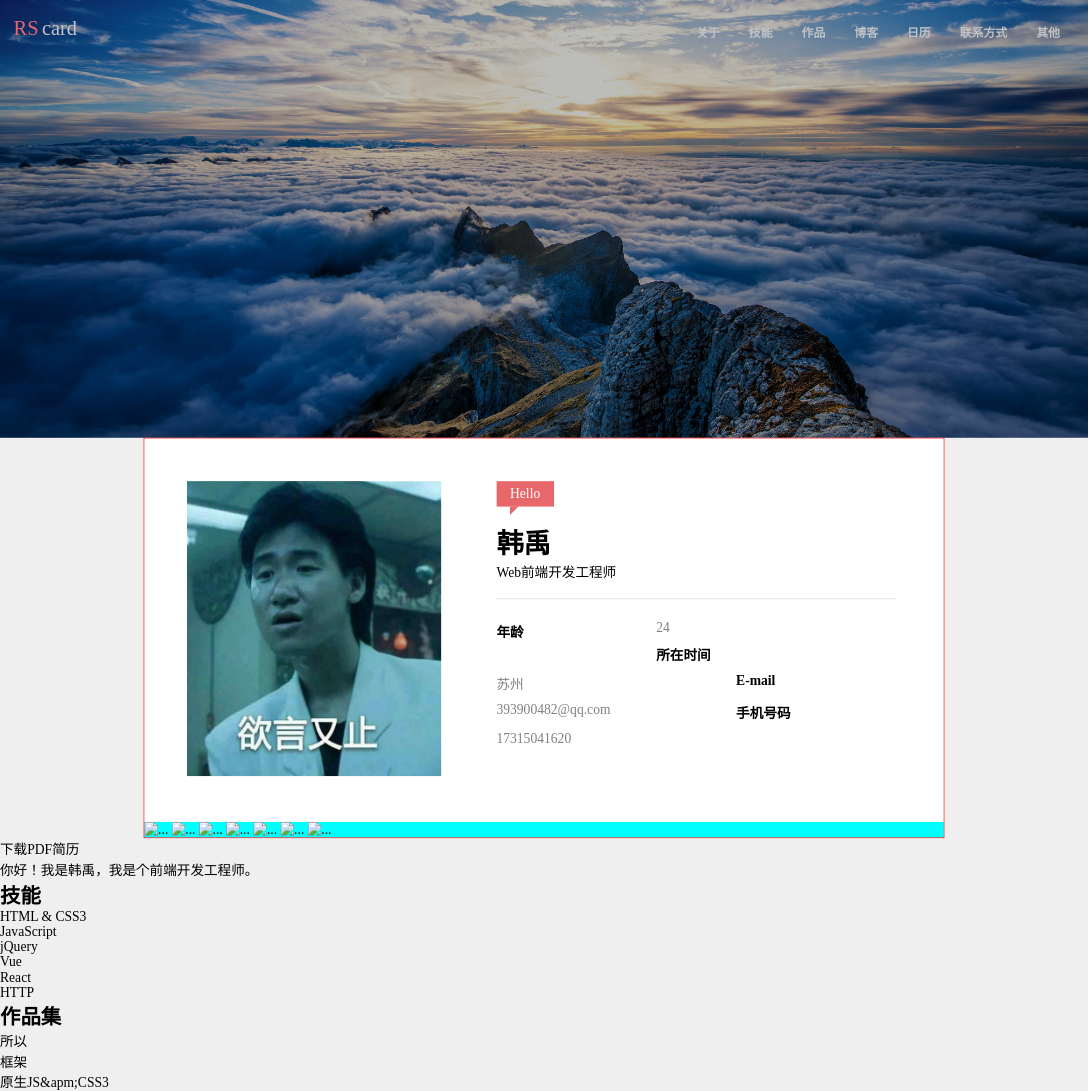
Repository: yorkHan/resume
Page: index.html
These files come from the project's save history. The page is drawn as it stood at one moment and after a run of saves; the edit follows.
The browser window is 1280 px wide. The pictures show the whole page, at 85% of full size.

Above is the page before, as saved 2018-04-09 23:45:20.

After the next 5 saves:
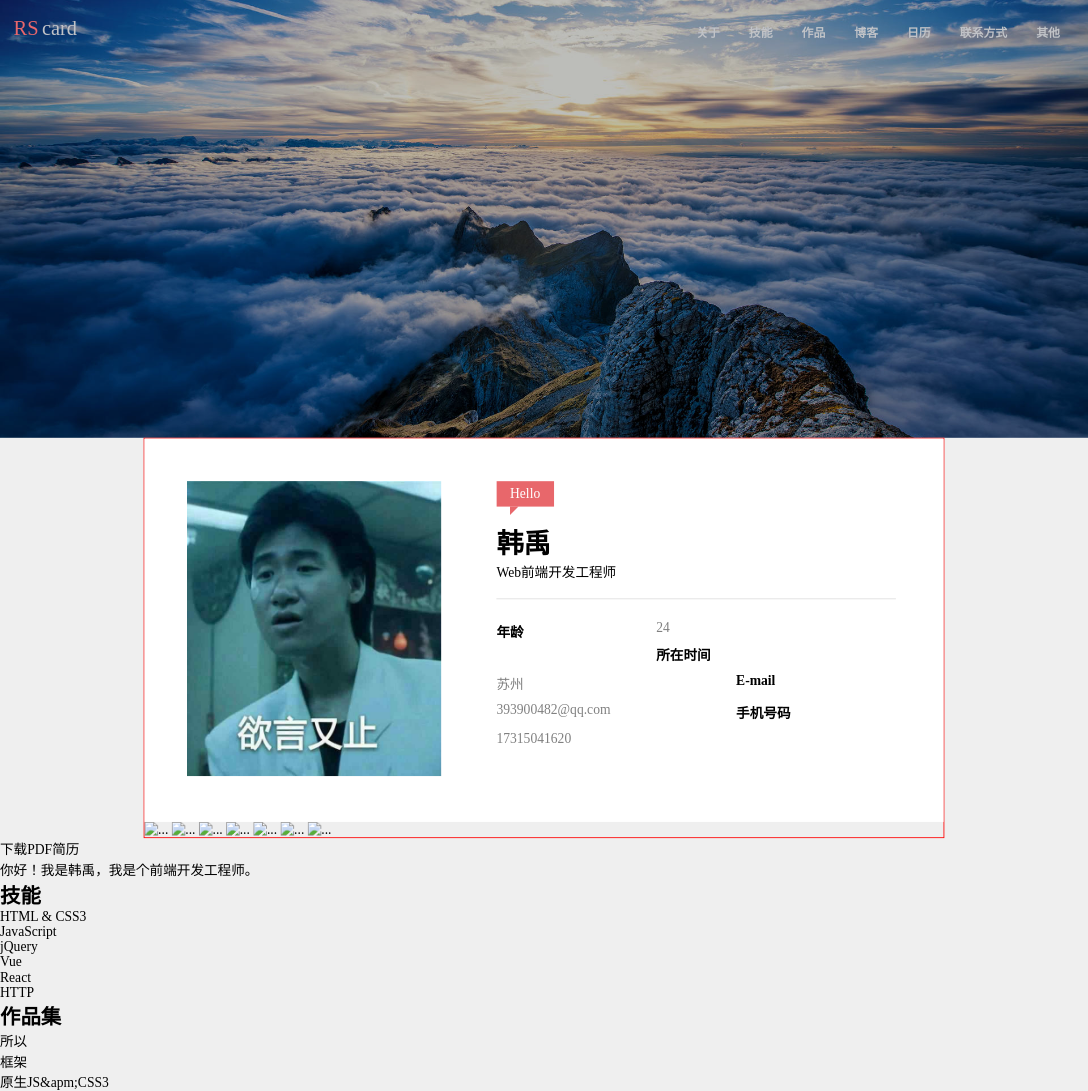
The 5 saves are shown as one change because they came seconds apart.
The last was saved 12 s later.
--- a/1.css
+++ b/1.css
@@ -112,9 +112,8 @@ hr{
 .usercard .text hr{
     margin: 20px 0px;
 }
-.media {
+.usercard footer.media {
     float: none;
-    background: aqua;
 }
 .textAndPicture{
     background-color: #FFF;
